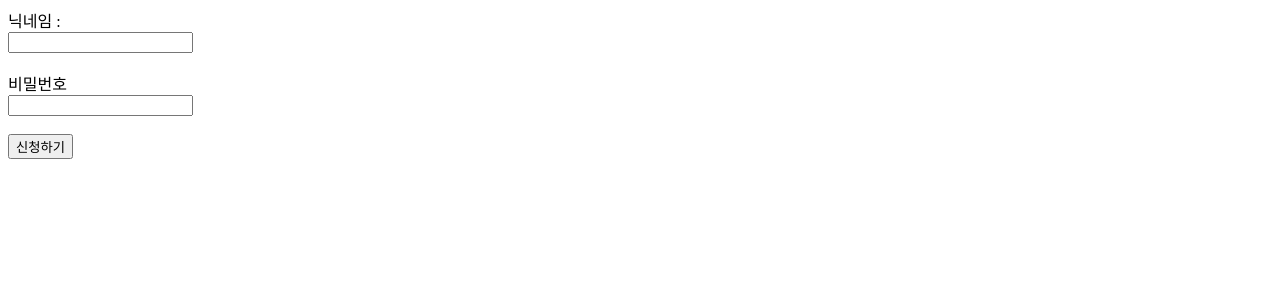
Repository: parkgyutaee/My_JAVA_Project
Page: http://localhost/JSPStudy/regular_expression.jsp
These files come from the project's save history. The page is drawn as it stood at one moment and after the next save; the edit follows.
The browser window is 1280 px wide. The pictures show the whole page.
The page is served by Tomcat 10.

Above is the page before, as saved 2025-07-11 01:43:21.

After the next save:
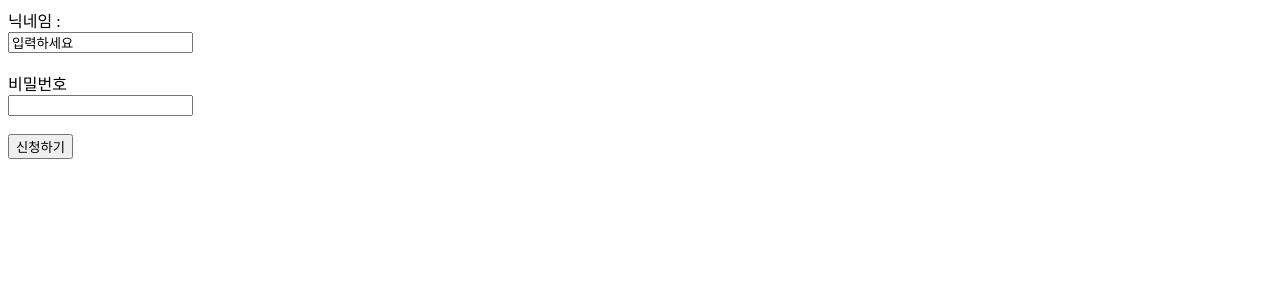
Saved 9 min 40 s later.
--- a/Workspace/JSPStudy/src/main/webapp/regular_expression.jsp
+++ b/Workspace/JSPStudy/src/main/webapp/regular_expression.jsp
@@ -34,7 +34,7 @@
 <body>
 	<form action="regularExpression_success.jsp" name="loginForm" method="post" onsubmit="return checkFun()">
 		닉네임 : <br>
-		<input type="text" name="name"> <br><br>
+		<input type="text" name="name" value ="입력하세요"> <br><br>
 		비밀번호 <br>
 		<input type="password" name="pw"> <br><br>
 		<input type="submit" value="신청하기">

After the save that followed:
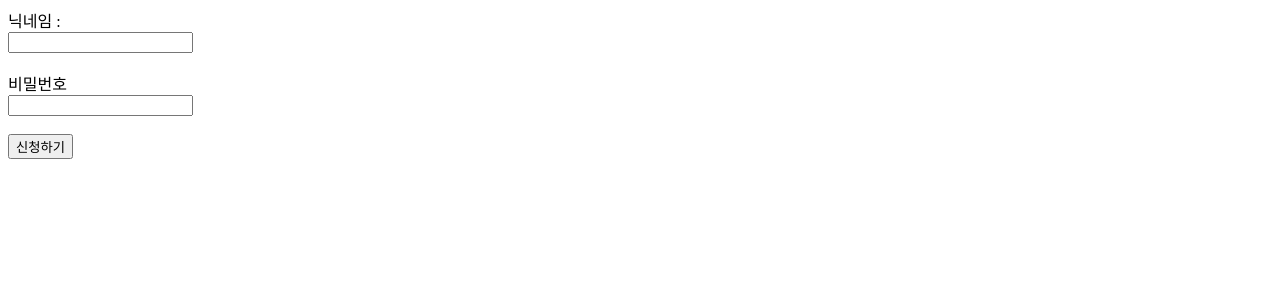
Saved 15 s later.
--- a/Workspace/JSPStudy/src/main/webapp/regular_expression.jsp
+++ b/Workspace/JSPStudy/src/main/webapp/regular_expression.jsp
@@ -34,7 +34,7 @@
 <body>
 	<form action="regularExpression_success.jsp" name="loginForm" method="post" onsubmit="return checkFun()">
 		닉네임 : <br>
-		<input type="text" name="name" value ="입력하세요"> <br><br>
+		<input type="text" name="name" > <br><br>
 		비밀번호 <br>
 		<input type="password" name="pw"> <br><br>
 		<input type="submit" value="신청하기">
